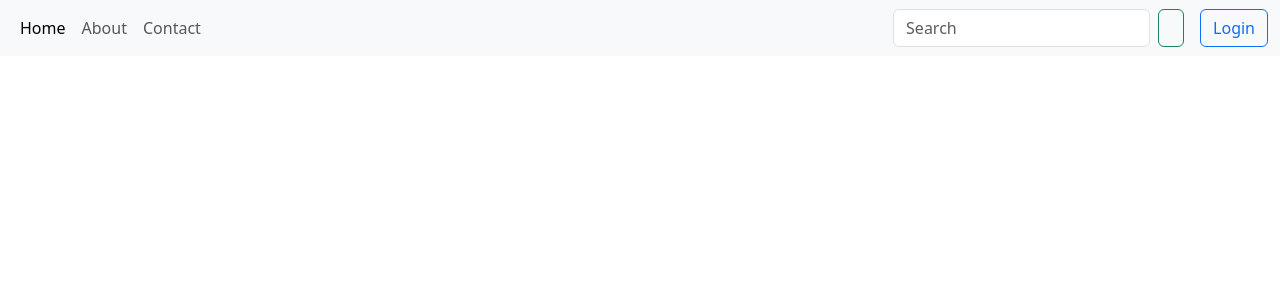
Repository: AlisaSkryp/photoblog
Page: index.html
These files come from the project's save history. The page is drawn as it stood at one moment and after the next save; the edit follows.
The browser window is 1280 px wide. The pictures show the whole page.

Above is the page before, as saved 2023-04-09 19:06:45.
Console error: TypeError: Cannot read properties of null (reading 'addEventListener')

After the next save:
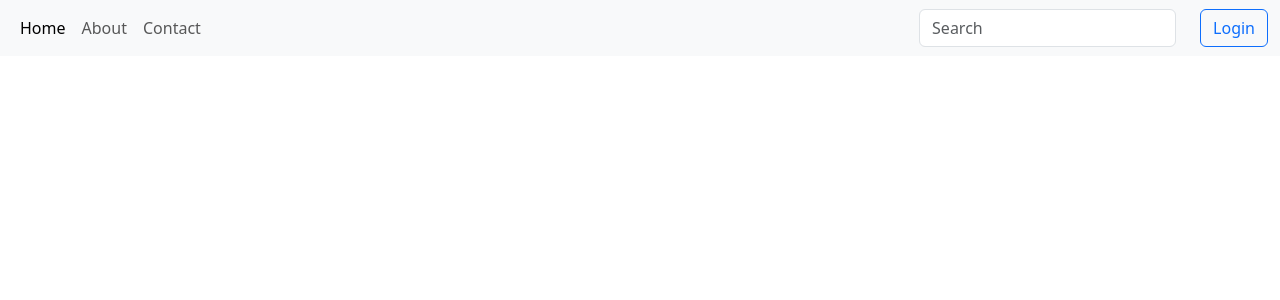
Saved 25 s later.
--- a/index.html
+++ b/index.html
@@ -30,7 +30,6 @@
 				</ul>
 				<form class="d-flex">
 					<input class="form-control me-2" type="search" placeholder="Search" aria-label="Search">
-					<button class="btn btn-outline-success" type="submit"><i class="bi bi-search"></i></button>
 				</form>
 				<button class="btn btn-outline-primary ms-3">Login</button>
 			</div>
